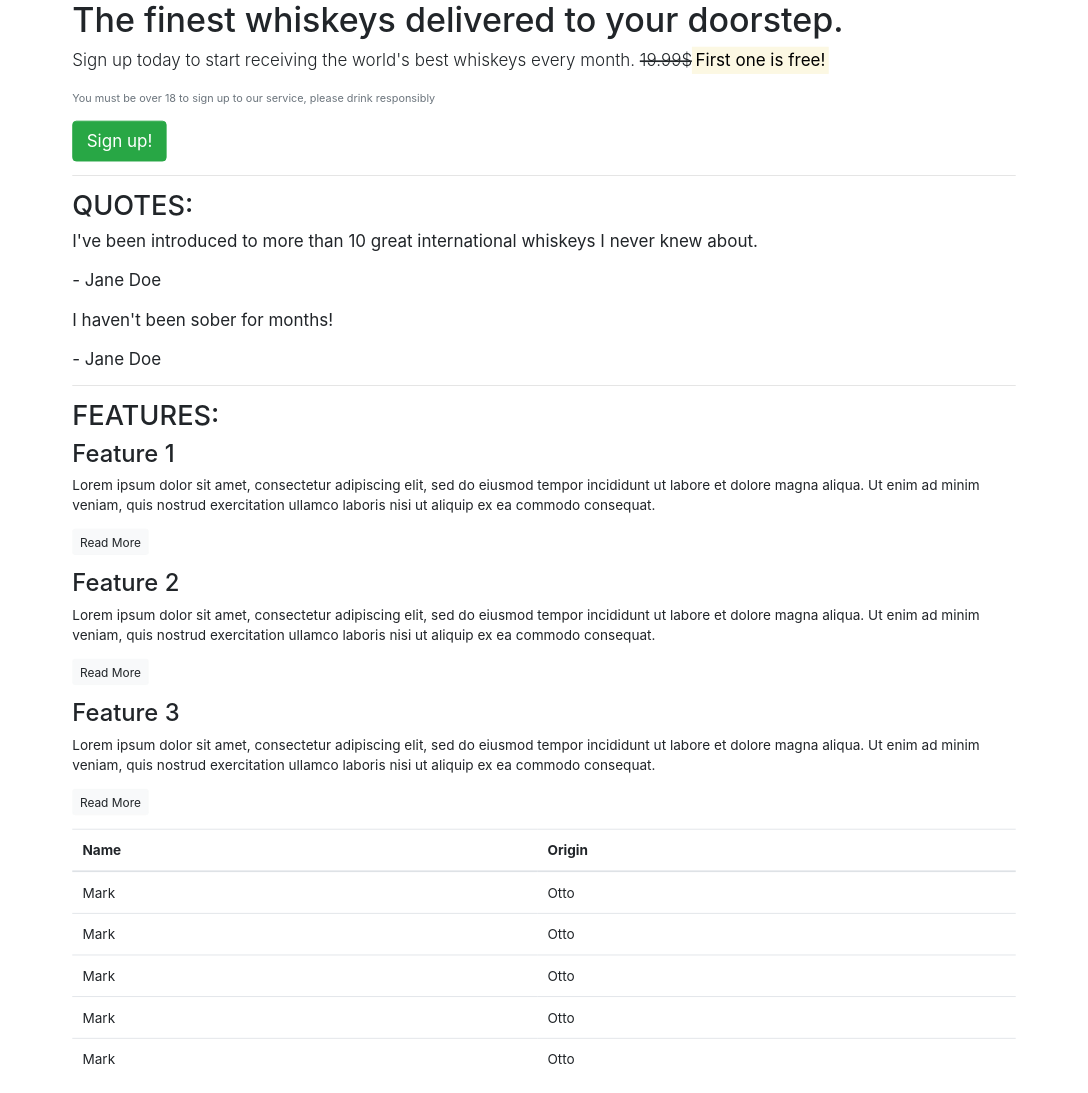
Repository: cipsim/bootstrap2.0
Page: index.html
The author's editor kept a record of every edit. The page is drawn from the files as they stood at one moment, then again after the next edit.
The browser window is 1280 px wide. The pictures show the whole page, at 85% of full size.

Above is the page before.

### index.html
<!DOCTYPE html>
<html lang="en-us">

<head>
    <meta charset="utf-8">

    <title>Whiskey Drop | Taste a new whiskey every month</title>
    <meta name="viewport" content="witdth=device-witdth, initial-scale=1.0">
    <link rel="stylesheet" href="https://maxcdn.bootstrapcdn.com/bootstrap/4.1.3/css/bootstrap.min.css">
</head>

<body>
    <article class="container">
        <!-- Callout -->
        <section class="callout">
            <h1>The finest whiskeys delivered to your doorstep.</h1>
            <p class="lead">Sign up today to start receiving the world's best whiskeys every month. <s>19.99$</s><strong><mark>First one is free!</mark></strong></p>
            <p class="text-muted"><small>You must be over 18 to sign up to our service, please drink responsibly</small></p>
            <button class="btn btn-success btn-lg">Sign up!</button>
        </section>
        <!-- /.callout -->
        <hr>

        <!-- Quotes -->
        <section class="quotes">
            <h2 class="text-uppercase">Quotes:</h2>
            <blockquote class="blockquote">
                <p>I've been introduced to more than 10 great international whiskeys I never knew about.</p>
                <p>- Jane Doe</p>
            </blockquote>
            <blockquote class="blockquote">
                <p>I haven't been sober for months!</p>
                <p>- Jane Doe</p>
            </blockquote>
        </section>
        <!-- /.quotes -->
        <hr>

        <!-- Features -->
        <section class="features">
            <h2 class="text-uppercase">Features:</h2>
            <div class="feature">
                <h3>Feature 1</h3>
                <p>Lorem ipsum dolor sit amet, consectetur adipiscing elit, sed do eiusmod tempor incididunt ut labore et dolore magna aliqua. Ut enim ad minim veniam, quis nostrud exercitation ullamco laboris nisi ut aliquip ex ea commodo consequat.</p>
                <p><a class="btn btn-sm btn-light" href="">Read More</a></p>
            </div>
            <div class="feature">
                <h3>Feature 2</h3>
                <p>Lorem ipsum dolor sit amet, consectetur adipiscing elit, sed do eiusmod tempor incididunt ut labore et dolore magna aliqua. Ut enim ad minim veniam, quis nostrud exercitation ullamco laboris nisi ut aliquip ex ea commodo consequat.</p>
                <p><a class="btn btn-sm btn-light" href="">Read More</a></p>
            </div>
            <div class="feature">
                <h3>Feature 3</h3>
                <p>Lorem ipsum dolor sit amet, consectetur adipiscing elit, sed do eiusmod tempor incididunt ut labore et dolore magna aliqua. Ut enim ad minim veniam, quis nostrud exercitation ullamco laboris nisi ut aliquip ex ea commodo consequat.</p>
                <p><a class="btn btn-sm btn-light" href="">Read More</a></p>
            </div>
        </section>
        <!-- /.features -->
        <!--Table-->
        <section class="table">
            <table class="table">
  <thead>
    <tr>
      <th scope="col">Name</th>
      <th scope="col">Origin</th>
       </tr>
          </thead>
          <tbody>
    <tr>
        <td>Mark</td>
      <td>Otto</td>
      </tr>
      <tr>
        <td>Mark</td>
      <td>Otto</td>
      </tr>
      <tr>
        <td>Mark</td>
      <td>Otto</td>
      </tr>
      <tr>
        <td>Mark</td>
      <td>Otto</td>
      </tr>
      <tr>
        <td>Mark</td>
      <td>Otto</td>
      </tr>
            </section>
    </article>
</body>

</html>

After the next edit:
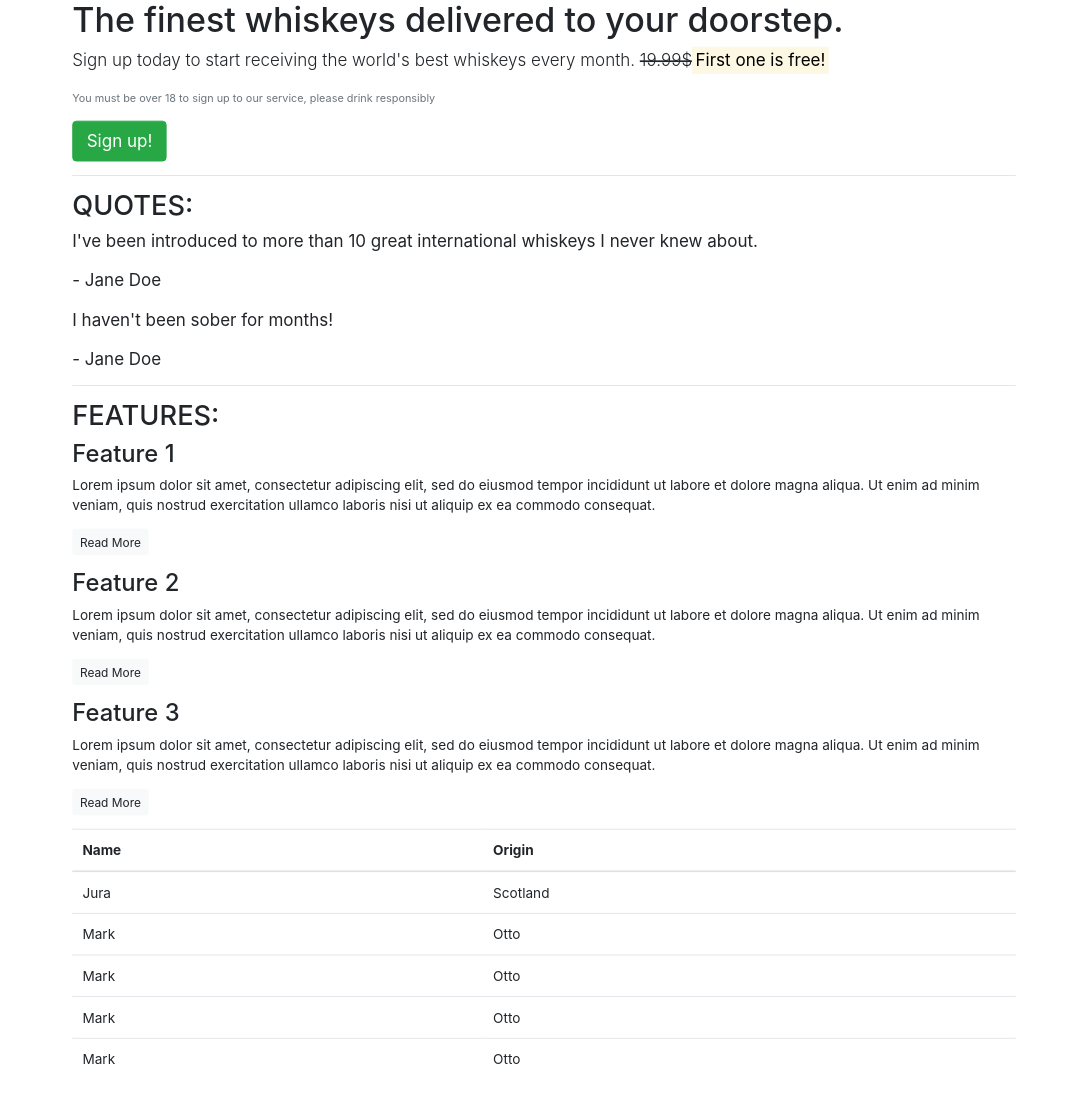
The edit:
--- a/index.html
+++ b/index.html
@@ -67,8 +67,8 @@
           </thead>
           <tbody>
     <tr>
-        <td>Mark</td>
-      <td>Otto</td>
+        <td>Jura</td>
+      <td>Scotland</td>
       </tr>
       <tr>
         <td>Mark</td>
